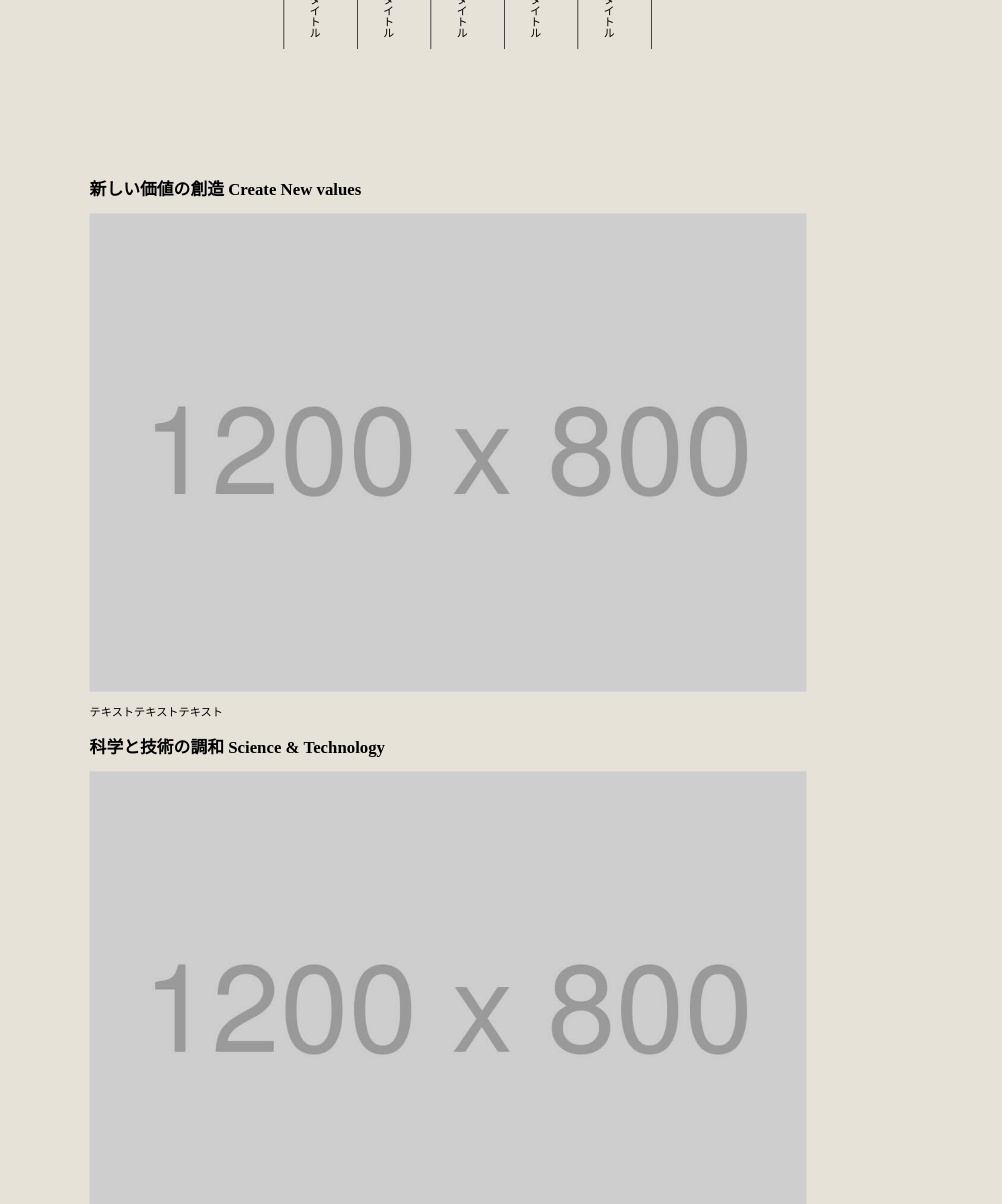
Repository: Fuki-san/wagashi
Page: http://localhost/wagashi
The author's editor kept a copy of each file at every save. The page is drawn from the files as they stood at one save, then again after the next save.
The browser window is 1280 px wide. The page is 1432 px wide, so the pictures cover 1432 px, including what lies to the right of the window. The pictures show the part of the page from y = 1300 to 3020 px (the page is 3985 px tall before and 3779 px after), at 70% of full size.
Pictures or frames that could not be fetched are drawn as grey boxes. The page is served by the project's Laravel application, run on PHP 8.4 with Laravel 10. Other server files are loaded and not shown.

Above is the page before, as saved 2023-12-09 15:53:28.

### routes/web.php
<?php

use Illuminate\Support\Facades\Route;
use Spatie\FlareClient\View;

/*
|--------------------------------------------------------------------------
| Web Routes
|--------------------------------------------------------------------------
|
| Here is where you can register web routes for your application. These
| routes are loaded by the RouteServiceProvider and all of them will
| be assigned to the "web" middleware group. Make something great!
|
*/

Route::get('/', function () {
    return view('welcome');
});

Route::get('wagashi', function() {
    return View('wagashi');
})->name('wagashi');

### resources/views/wagashi.blade.php
@extends('layouts.main')

@section('title', 'wagashi')

@section('content')
    <header id="header">
        <h1 class="site-title"><a href="#"><img src="img/logo.svg" alt=""></a></h1>
        <nav id="nav">
            <ul>
                <li><a href="#news">お知らせ</a></li>
                <li><a href="#products1">商品のご紹介</a></li>
                <li><a href="#shop">店舗のご案内</a></li>
            </ul>
        </nav>

        <div class="onlinestore">
            <a href="#" target="_blank" rel="noopener noreferrer">オンラインストアで見る</a>
        </div>
    </header>

    <main>
        <section id="news" class="wrapper">
                <h2 class="sec-title">
                    <span class="en">News</span>
                    <span class="ja">お知らせ</span>
                </h2>
                <dl class="list">
                    <dt>2021.01.01</dt>
                    <dd>タイトルタイトルタイトル</dd>
                    <dt>2021.01.01</dt>
                    <dd>タイトルタイトルタイトル</dd>
                    <dt>2021.01.01</dt>
                    <dd>タイトルタイトルタイトル</dd>
                    <dt>2021.01.01</dt>
                    <dd>タイトルタイトルタイトル</dd>
                    <dt>2021.01.01</dt>
                    <dd>タイトルタイトルタイトル</dd>
                </dl>
        </section>

        <section id="products1" class="wrapper products">
                <h2 class="sec-title">
                    <span class="ja">新しい価値の創造</span>
                    <span class="en">Create New values</span>
                </h2>
                <div class="img">
                    <img src="img/products1.jpg" alt="">
                    <p class="text">テキストテキストテキスト</p>
                </div>
        </section>

        <section id="products2" class="wrapper products">
                <h2 class="sec-title">
                    <span class="ja">科学と技術の調和</span>
                    <span class="en">Science & Technology</span>
                </h2>
                <div class="img">
                    <img src="img/products2.jpg" alt="">
                    <p class="text">テキストテキストテキスト</p>
                </div>
        </section>

        <div id="shop">
            <iframe
                src="https://www.google.com/maps/embed?pb=!1m18!1m12!1m3!1d3239.6566078781802!2d139.80812547512744!3d35.710067028390604!2m3!1f0!2f0!3f0!3m2!1i1024!2i768!4f13.1!3m3!1m2!1s0x60188ed0d12f9adf%3A0x7d1d4fb31f43f72a!2z5p2x5Lqs44K544Kr44Kk44OE44Oq44O8!5e0!3m2!1sja!2sjp!4v1702090119178!5m2!1sja!2sjp"
                width="600" height="450" style="border:0;" allowfullscreen="" loading="lazy"
                referrerpolicy="no-referrer-when-downgrade" width="100%"></iframe>
        </div>
    </main>

    <footer id="footer">
        <div class="flex">
            <div class="left">
                <p><a href="#">オンラインストアで見る</a> | <a href="#">お問い合わせ</a></p>
            </div>
            <div class="right">
                <div class="logo"><img src="img/logo.svg" alt=""></div>
                <p class="info">
                    〒06-0032...<br>
                    電話: <a href="tel:03///"></a></p>
                <ul class="menu">
                    <li><a href="#news">お知らせ</a></li>
                    <li><a href="#products1">商品のご紹介</a></li>
                    <li><a href="#shop">店舗のご案内</a></li>
                </ul>
            </div>
        </div>
        <p class="cpright">&copy; SOUSAKU</p>
    </footer>
@endsection

### resources/views/layouts/main.blade.php
<!DOCTYPE html>
<html lang="ja">
<head>
    <meta charset="UTF-8">
    <meta name="viewport" content="width=device-width, initial-scale=1.0">
    <meta http-equiv="X-UA-Compatible" content="ie=edge">
    <link rel="stylesheet" href="{{ asset('css/reset.css') }}">
    <link rel="stylesheet" href="{{ asset('css/style.css') }}">
    <link rel="icon" href="img/favicon.ico">
    <title>@yield('title')</title>
</head>
<body>
    @yield('content')
</body>
</html>

### public/css/style.css
@charset "UTF-8";
html{
    font-size: 100%;
}
body{
    color: #000;
    font-family: 'Noto serif JP', serif;
    background-color: #e6e2d7;
}
img{
    max-width: 100%;
    vertical-align: bottom;
}
a{
    text-decoration: none;
    color: #fff;
}
li{
    list-style: none;
}

.site-title a{
    display: block;
}

.site-title{
    line-height: 1px;
    margin-left: 60px;
}

.site-title img{
    width: 40px;
}
.wrapper{
    width: 100%;
    max-width: 1024px;
    margin: 0 auto;
    padding: 0 20px;
}
/* headerr */

#header{
    height: 100vh;
    width: 100%;
    background-image: url(../img/mainvisual-pc.jpg);
    background-position: top center;
    background-size: cover;
    background-repeat: no-repeat;
    margin-bottom: 180px;
    padding: 60px 80px;

    position: relative;

    writing-mode: vertical-rl;
    -ms-writing-mode: vertical-rl;
    -moz-writing-mode: vertical-rl;
    -webkit-writing-mode: vertical-rl;
}
#header .onlinestore{
    position: absolute;
    bottom: 30px;
    left: 40px;
    background-color: rgba(255, 255, 255, 0.2);
    padding: 8px;
}
.onlinestore a{
    display: block;
    border: 1px solid #ccc;
    padding: 30px 18px;
}
#header a:hover{
    opacity: 0.7;
}
#header #nav li{
    margin-left: 25px;
}

/* newsss */

#news{
    margin-bottom: 180px;
    display: flex;
    flex-direction: row-reverse;
}
#news .sec-title{
    writing-mode: vertical-rl;
    -moz-writing-mode: vertical-rl;
    -webkit-writng-mode: vertical-rl;
    -ms-wrinting-mode: tb-rl;

    font-weight: normal;
    line-height: 1;
    /* margin-left: 50px; */
}
#news .sec-title .en{
    display: block;
    font-size: 0.875rem;
    margin-left: 15px;
}
#news .sec-title .ja{
    display: block;
    font-size: 2.25rem;
    letter-spacing: 0.1em;
}
#news .list{
    writing-mode: vertical-rl;
    -moz-writing-mode: vertical-rl;
    -webkit-writng-mode: vertical-rl;
    -ms-wrinting-mode: tb-rl;
    padding: 80px 100px 0 0;
}
#news .list dt{
    border-right: solid 1px #000;
    font-size: 0.75rem;
    padding: 15px 30px 15px 5px;
}
#news .list dd{
    padding: 15px 0 15px 30px;
}

#news .list dd:last-child{
    border-left: solid 1px #000;
}

/* produ */
#products{
    display: flex;
}

### public/img/logo.svg
<?xml version="1.0" encoding="utf-8"?>
<!-- Generator: Adobe Illustrator 15.1.0, SVG Export Plug-In . SVG Version: 6.00 Build 0)  -->
<!DOCTYPE svg PUBLIC "-//W3C//DTD SVG 1.1//EN" "http://www.w3.org/Graphics/SVG/1.1/DTD/svg11.dtd">
<svg version="1.1" id="レイヤー_1" xmlns="http://www.w3.org/2000/svg" xmlns:xlink="http://www.w3.org/1999/xlink" x="0px"
	 y="0px" width="57.4775391px" height="131.578125px" viewBox="0 0 57.4775391 131.578125"
	 style="enable-background:new 0 0 57.4775391 131.578125;" xml:space="preserve">
<style type="text/css">
<![CDATA[
	.st0{fill:#FFFFFF;}
]]>
</style>
<g>
	<path class="st0" d="M28.3789063,35.8789063l6.5400391,4.859375c-0.3603516,0.4804688-1.2001953,1.0800781-2.3398438,1.2607422
		v12.0595703c-0.0605469,0.359375-3.4199219,1.5-5.5195313,1.5h-1.0800781v-3.6601563H15.2998047v2.6992188
		c0,0.4208984-1.9199219,1.8007813-5.1601563,1.8007813H9.0595703v-10.5
		c-1.7392578,3.2402344-4.2597656,6.2998047-7.9189453,8.8798828l-0.6005859-0.6005859c5.5205078-8.21875,6-18.4785156,6-26.7587891
		v-9.1191406c-1.9199219,1.3798828-3.9599609,2.5800781-6.0595703,3.6591797L0,21.4199219
		C6.1796875,15.6601563,11.3994141,6.4199219,13.5,0l9.7197266,1.9804688
		c-0.2402344,0.7197266-0.7802734,1.0800781-2.3398438,1.3193359c20.5185547,3.7207031,13.3789063,15.9599609,7.9189453,11.8798828
		c-0.9599609-3.4199219-4.0195313-7.9794922-8.5195313-11.2792969c-2.0400391,3.1796875-4.7392578,6.5390625-7.9794922,9.6591797
		H19.5l2.9990234-3.8398438c0,0,3.4804688,2.6396484,5.5800781,4.5595703
		c-0.1796875,0.6601563-0.7802734,0.9609375-1.6201172,0.9609375H11.7001953l-0.2402344-0.9003906
		c-1.1396484,1.0195313-2.3398438,2.0400391-3.5400391,2.9394531l6,2.2207031h10.9189453l3.0605469-3.3603516L34.4384766,21
		c-0.359375,0.4794922-1.2597656,1.0195313-2.4599609,1.3193359v11.9394531
		c-0.0595703,0.3603516-3.359375,1.5605469-5.4589844,1.5605469h-1.0800781v-1.8007813H12.5400391
		C12.4199219,35.21875,12.2402344,36.4189453,12,37.6787109l4.0800781,1.5595703h9.2988281L28.3789063,35.8789063z
		 M25.4394531,32.3388672v-4.6796875H12.8994141c0,1.4404297-0.0595703,3-0.1796875,4.6796875H25.4394531z M12.8994141,21.1796875
		v4.7998047h12.5400391v-4.7998047H12.8994141z M25.9794922,50.1582031v-9.2392578H15.2998047v9.2392578H25.9794922z
		 M43.2587891,41.7587891c0,0.6601563-2.6396484,1.859375-4.9199219,1.859375h-1.1396484V5.2197266L45.2988281,6
		c-0.1201172,0.7802734-0.6005859,1.3203125-2.0400391,1.5605469V41.7587891z M56.7578125,2.1005859
		C56.578125,3,55.9785156,3.6005859,54.5380859,3.7802734v44.8183594c0,4.6796875-0.9599609,7.3193359-8.4599609,8.0390625
		c-0.1796875-2.0996094-0.4794922-3.6591797-1.3798828-4.7392578c-0.9599609-1.0205078-2.2197266-1.7998047-5.0996094-2.2197266
		v-0.8408203c0,0,5.9394531,0.3603516,7.2001953,0.3603516c0.9599609,0,1.2597656-0.2998047,1.2597656-1.0800781V1.2001953
		L56.7578125,2.1005859z"/>
	<path class="st0" d="M17.4599609,94.0800781c-0.1806641,0.5390625-0.7207031,0.9589844-1.8603516,1.1992188v34.2587891
		c-0.1201172,0.5400391-3,2.0400391-5.7597656,2.0400391H8.5195313v-31.3789063
		c-2.3994141,2.7597656-4.9794922,5.1601563-7.7392578,7.2001953l-0.7197266-0.5400391
		c5.3398438-7.5,10.9189453-19.6796875,13.9189453-31.6787109l9.5400391,3.1796875
		c-0.2998047,0.7802734-1.0800781,1.2597656-2.4003906,1.2001953c-2.0400391,4.859375-4.3798828,9.2988281-6.9589844,13.3193359
		L17.4599609,94.0800781z M39.9589844,89.7597656v11.0996094h4.7998047l3.6591797-4.7998047
		c0,0,4.140625,3.2998047,6.7197266,5.5800781c-0.1796875,0.6591797-0.8398438,0.9599609-1.6796875,0.9599609H39.9589844v11.3388672
		h5.1591797l4.0205078-5.2197266c0,0,4.4394531,3.5400391,7.1992188,5.9404297
		c-0.1796875,0.6591797-0.8398438,0.9599609-1.7402344,0.9599609H39.9589844v14.0390625
		c0,0.4199219-2.2207031,1.859375-5.9404297,1.859375h-1.3193359V89.7597656h-1.4404297
		c-3.8994141,5.8798828-8.3994141,10.6796875-13.4394531,14.2792969l-0.6601563-0.4794922
		c4.6201172-6.7802734,9.6601563-17.6992188,12.3603516-28.3193359l9.6591797,3.4199219
		c-0.2998047,0.7802734-1.0800781,1.2597656-2.4599609,1.1396484c-1.3798828,2.9404297-2.8203125,5.7597656-4.4394531,8.3398438
		h14.0996094l3.9589844-5.1591797c0,0,4.4404297,3.4794922,7.1396484,5.8193359
		c-0.1796875,0.6601563-0.8398438,0.9599609-1.6796875,0.9599609H39.9589844z"/>
</g>
</svg>

After the next save:
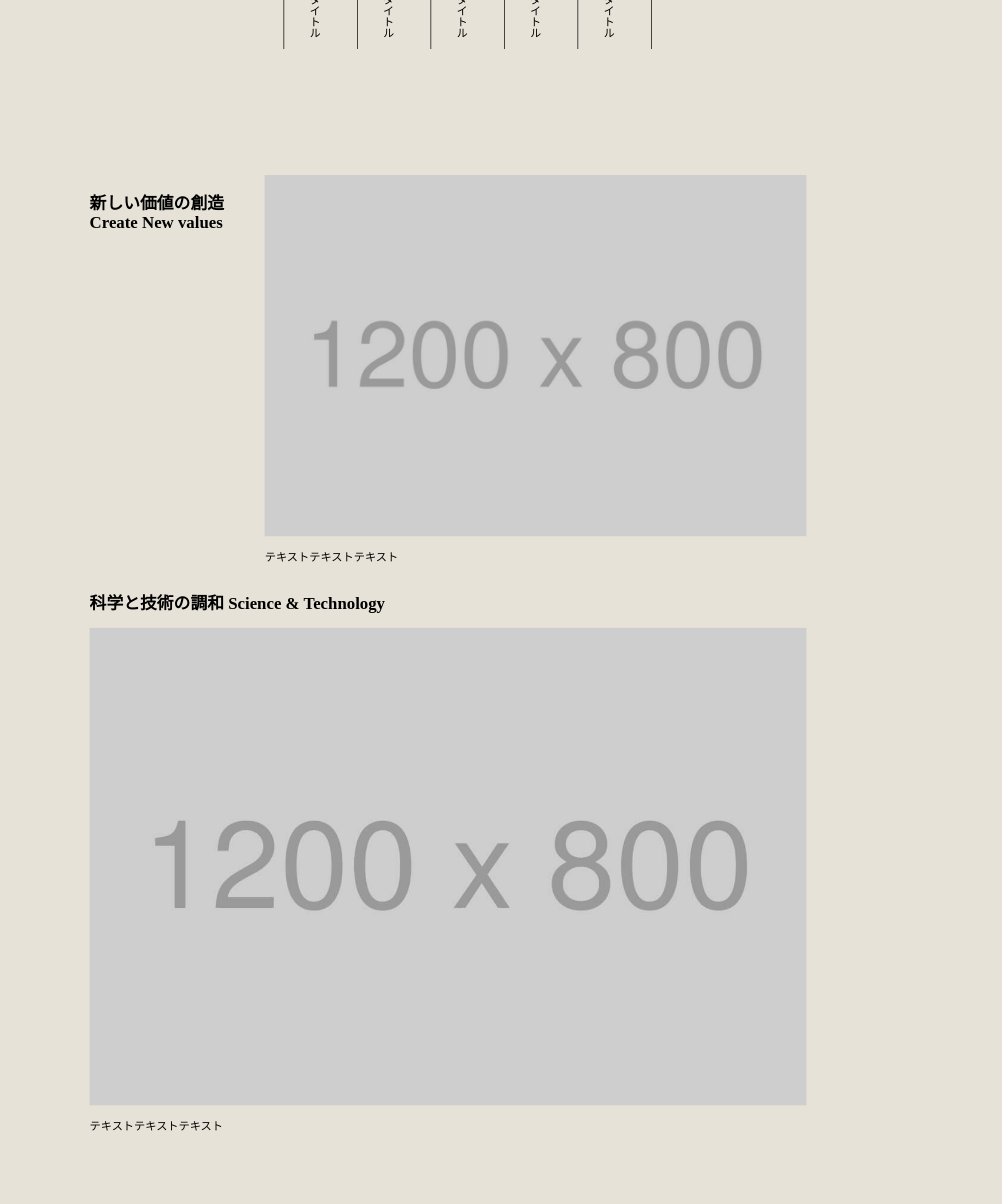
Saved 14 s later.
--- a/public/css/style.css
+++ b/public/css/style.css
@@ -123,6 +123,6 @@ li{
 }
 
 /* produ */
-#products{
+#products1{
     display: flex;
 }
